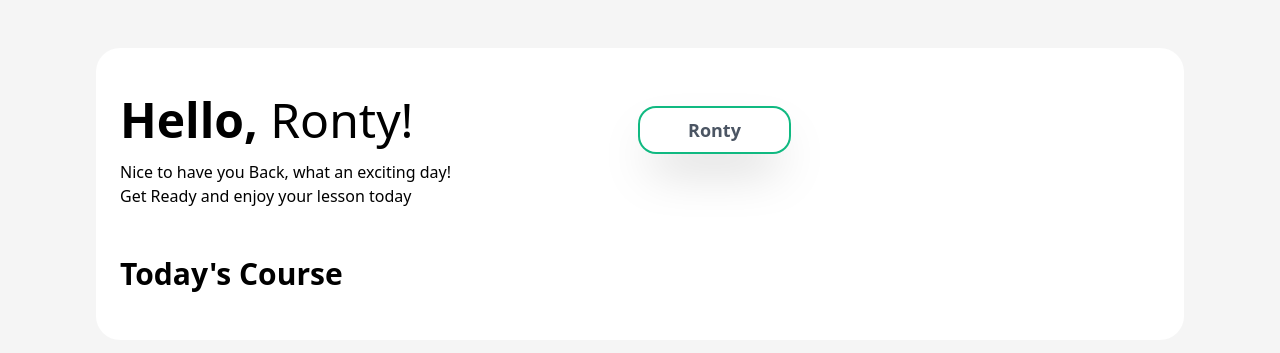
Repository: coolronts/Vite-Tailwind
Page: /
An editor plug-in stored every save of this project. The page is shown before and after the next save, followed by the edit.
The browser window is 1280 px wide. The pictures show the whole page.
The project was rebuilt for these pictures with package versions that can differ from the ones it lists, and the page was loaded fresh each time. Also part of the build but not shown: vite.config.js, src/components/Card/index.jsx.

Above is the page before, as saved 2021-11-26 07:24:29.

After the next save:
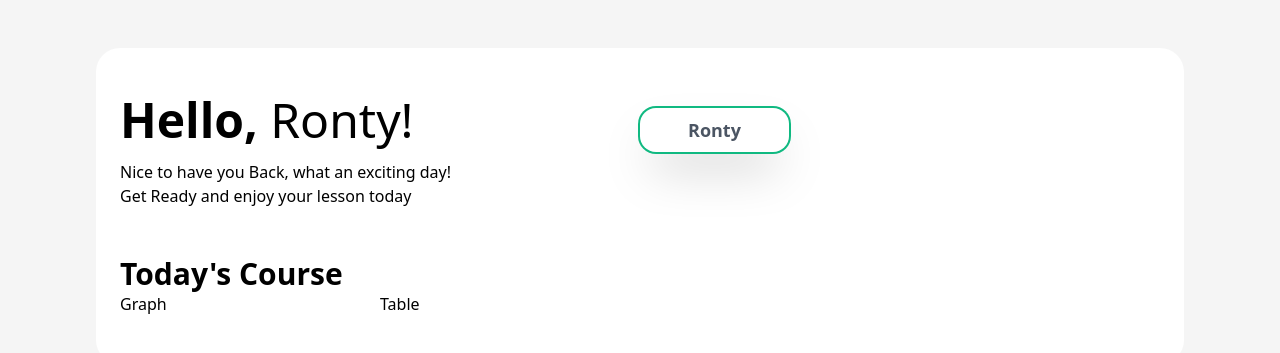
Saved 77 s later.
--- a/src/Section/Course/index.jsx
+++ b/src/Section/Course/index.jsx
@@ -1,9 +1,15 @@
 import React from 'react'
+import SplitScreen from '../../components/SplitScreen'
 
 export default function Course() {
   return (
-    <div>
-
-    </div>
+    <SplitScreen>
+      <div id="left">
+        Graph
+      </div>
+      <div id="right">
+        Table
+      </div>
+    </SplitScreen>
   )
 }
